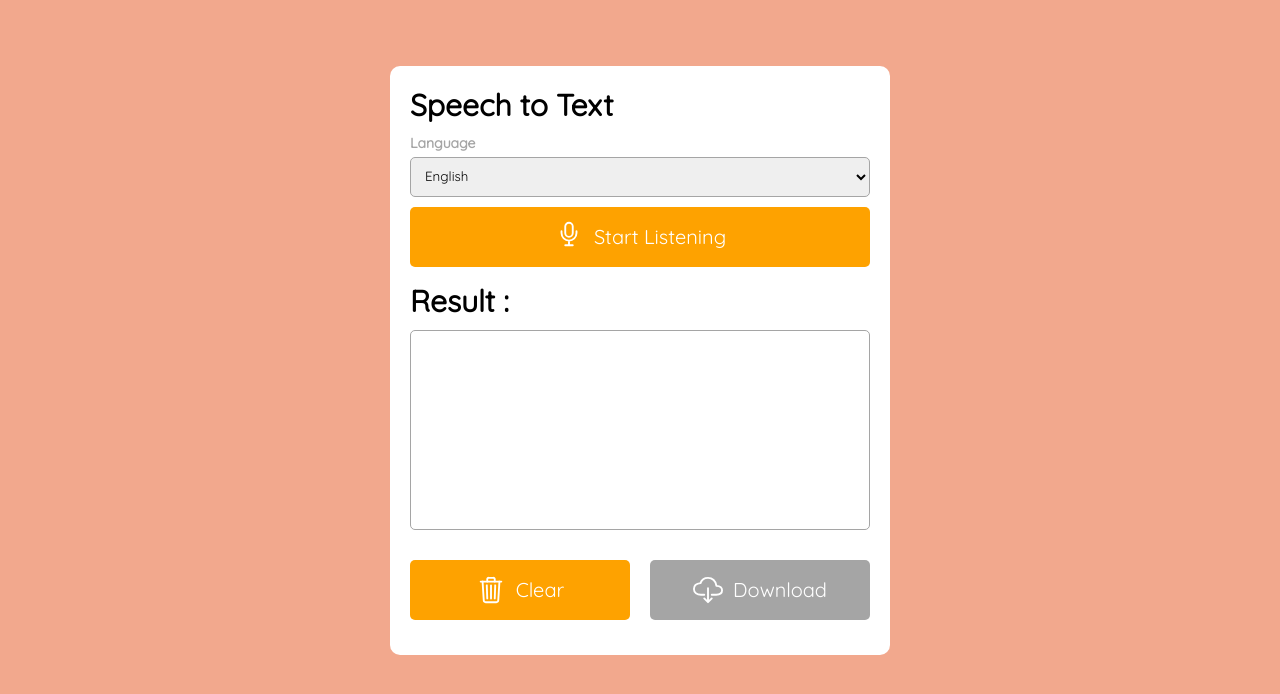
Repository: tsthuy/SpeechToText
Page: index.html
These files come from the project's save history. The page is drawn as it stood at one moment and after the next save; the edit follows.
The browser window is 1280 px wide. The pictures show the whole page.

Above is the page before, as saved 2023-08-28 03:39:56.

### index.html
<!DOCTYPE html>
<html lang="en">
  <head>
    <meta charset="UTF-8" />
    <meta http-equiv="X-UA-Compatible" content="IE=edge" />
    <meta name="viewport" content="width=device-width, initial-scale=1.0" />
    <link href="./images/icon.png" rel="shortcut icon" type="image/vnd.microsoft.icon" />
    <link rel="stylesheet" href="style.css" />
    <link href='https://fonts.googleapis.com/css?family=Quicksand' rel='stylesheet'>
    <title>Speech to Text</title>
  </head>
  <body>
    <div class="container">
      <p class="heading">Speech to Text</p>
      <div class="options">
        <div class="anguage">
          <p>Language</p>
          <select name="input-language" id="language"></select>
        </div>
      </div>
      <button class="btn record">
        <div class="icon">
          <ion-icon name="mic-outline"></ion-icon>
          <img src="record.svg" alt="" />
        </div>
        <p>Start Listening</p>
      </button>
      <p class="heading receive">Result :</p>
      <div
        class="result"
        spellcheck="false"
        placeholder="Text will be shown here"
      >
        <p class="interim"></p>
      </div>
      <div class="buttons">
        <button class="btn clear">
          <ion-icon name="trash-outline"></ion-icon>
          <p>Clear</p>
        </button>
        <button class="btn download" disabled>
          <ion-icon name="cloud-download-outline"></ion-icon>
          <p>Download</p>
        </button>
      </div>
    </div>

    <!-- IONICONS -->
    <script
      type="module"
      src="https://unpkg.com/ionicons@5.5.2/dist/ionicons/ionicons.esm.js"
    ></script>
    <script
      nomodule
      src="https://unpkg.com/ionicons@5.5.2/dist/ionicons/ionicons.js"
    ></script>

    <!-- LANGUAGES -->
    <script src="languages.js"></script>

    <!-- SCRIPT -->
    <script src="script.js"></script>
  </body>
</html>

### style.css

:root {
  --primary-color: #FEA200;
  --bg-color: #fff;
  --text-color: #000;
  --light-text-color: #a5a5a5;
  --body-bg-color: #F2A88D;
}
* {
  margin: 0;
  padding: 0;
  box-sizing: border-box;
  font-family: "Quicksand", sans-serif;
}
body {
  min-height: 100vh;
  display: flex;
  align-items: center;
  justify-content: center;
  background-color: var(--body-bg-color);
  color: var(--text-color);
}
.container {
  width: 500px;
  padding: 20px;
  border-radius: 10px;
  background-color: var(--bg-color);
}
.container .heading {
  font-size: 30px;
  font-weight: 800;
  margin-bottom: 10px;
}
.receive
{
  font-size: 20px;
}
.container .options select {
  width: 100%;
  padding: 10px;
  border: 1px solid var(--light-text-color);
  border-radius: 5px;
  outline: none;
}
.container .options div:not(:last-child) select {
  margin-bottom: 20px;
}

.container .options p {
  font-size: 14px;
  font-weight: 600;
  margin-bottom: 5px;
  color: var(--light-text-color);
}
.container .line {
  position: relative;
  width: 100%;
  height: 1px;
  background-color: var(--light-text-color);
  opacity: 0.5;
  margin: 30px 0;
}
.btn {
  display: flex;
  align-items: center;
  justify-content: center;
  gap: 10px;
  margin-top: 10px;
  margin-bottom: 15px;
  height: 60px;
  padding: 20px;
  width: 100%;
  outline: none;
  border: none;
  border-radius: 5px;
  font-size: 20px;
  font-weight: 500;
  cursor: pointer;
  color: #fff;
  background-color: var(--primary-color);
}
.btn ion-icon {
  font-size: 30px;
}
.btn:disabled {
  background-color: var(--light-text-color);
  cursor: not-allowed;
}

.container .record img {
  width: 30px;
  height: 30px;
  display: none;
}
.container .record.recording img {
  display: block;
}
.container .record.recording ion-icon {
  display: none;
}
.container .result {
  width: 100%;
  min-height: 200px;
  padding: 10px;
  border: 1px solid var(--light-text-color);
  border-radius: 5px;
  font-size: 18px;
  font-weight: 500;
  margin-bottom: 20px;
  color: var(--text-color);
}
.container .result p {
  display: inline;
  margin-left: 3px;
  color: var(--light-text-color);
}
.buttons {
  display: flex;
  gap: 20px;
}

### languages.js
const languages = [
  {
    no: "16",
    name: "English",
    native: "English",
    code: "en",
  },
  {
    no: "1",
    name: "Afrikaans",
    native: "Afrikaans",
    code: "af",
  },
  {
    no: "2",
    name: "Albanian",
    native: "Shqip",
    code: "sq",
  },
  {
    no: "3",
    name: "Arabic",
    native: "عربي",
    code: "ar",
  },
  {
    no: "4",
    name: "Armenian",
    native: "Հայերէն",
    code: "hy",
  },
  {
    no: "5",
    name: "Azerbaijani",
    native: "آذربایجان دیلی",
    code: "az",
  },
  {
    no: "6",
    name: "Basque",
    native: "Euskara",
    code: "eu",
  },
  {
    no: "7",
    name: "Belarusian",
    native: "Беларуская",
    code: "be",
  },
  {
    no: "8",
    name: "Bulgarian",
    native: "Български",
    code: "bg",
  },
  {
    no: "9",
    name: "Catalan",
    native: "Català",
    code: "ca",
  },
  {
    no: "10",
    name: "Chinese (Simplified)",
    native: "中文简体",
    code: "zh-CN",
  },
  {
    no: "11",
    name: "Chinese (Traditional)",
    native: "中文繁體",
    code: "zh-TW",
  },
  {
    no: "12",
    name: "Croatian",
    native: "Hrvatski",
    code: "hr",
  },
  {
    no: "13",
    name: "Czech",
    native: "Čeština",
    code: "cs",
  },
  {
    no: "14",
    name: "Danish",
    native: "Dansk",
    code: "da",
  },
  {
    no: "15",
    name: "Dutch",
    native: "Nederlands",
    code: "nl",
  },
  {
    no: "17",
    name: "Estonian",
    native: "Eesti keel",
    code: "et",
  },
  {
    no: "18",
    name: "Filipino",
    native: "Filipino",
    code: "tl",
  },
  {
    no: "19",
    name: "Finnish",
    native: "Suomi",
    code: "fi",
  },
  {
    no: "20",
    name: "French",
    native: "Français",
    code: "fr",
  },
  {
    no: "21",
    name: "Galician",
    native: "Galego",
    code: "gl",
  },
  {
    no: "22",
    name: "Georgian",
    native: "ქართული",
    code: "ka",
  },
  {
    no: "23",
    name: "German",
    native: "Deutsch",
    code: "de",
  },
  {
    no: "24",
    name: "Greek",
    native: "Ελληνικά",
    code: "el",
  },
  {
    no: "25",
    name: "Haitian Creole",
    native: "Kreyòl ayisyen",
    code: "ht",
  },
  {
    no: "26",
    name: "Hebrew",
    native: "עברית",
    code: "iw",
  },
  {
    no: "27",
    name: "Hindi",
    native: "हिन्दी",
    code: "hi",
  },
  {
    no: "28",
    name: "Hungarian",
    native: "Magyar",
    code: "hu",
  },
  {
    no: "29",
    name: "Icelandic",
    native: "Íslenska",
    code: "is",
  },
  {
    no: "30",
    name: "Indonesian",
    native: "Bahasa Indonesia",
    code: "id",
  },
  {
    no: "31",
    name: "Irish",
    native: "Gaeilge",
    code: "ga",
  },
  {
    no: "32",
    name: "Italian",
    native: "Italiano",
    code: "it",
  },
  {
    no: "33",
    name: "Japanese",
    native: "日本語",
    code: "ja",
  },
  {
    no: "34",
    name: "Korean",
    native: "한국어",
    code: "ko",
  },
  {
    no: "35",
    name: "Latvian",
    native: "Latviešu",
    code: "lv",
  },
  {
    no: "36",
    name: "Lithuanian",
    native: "Lietuvių kalba",
    code: "lt",
  },
  {
    no: "37",
    name: "Macedonian",
    native: "Македонски",
    code: "mk",
  },
  {
    no: "38",
    name: "Malay",
    native: "Malay",
    code: "ms",
  },
  {
    no: "39",
    name: "Maltese",
    native: "Malti",
    code: "mt",
  },
  {
    no: "40",
    name: "Norwegian",
    native: "Norsk",
    code: "no",
  },
  {
    no: "41",
    name: "Persian",
    native: "فارسی",
    code: "fa",
  },
  {
    no: "42",
    name: "Polish",
    native: "Polski",
    code: "pl",
  },
  {
    no: "43",
    name: "Portuguese",
    native: "Português",
    code: "pt",
  },
  {
    no: "44",
    name: "Romanian",
    native: "Română",
    code: "ro",
  },
  {
    no: "45",
    name: "Russian",
    native: "Русский",
    code: "ru",
  },
  {
    no: "46",
    name: "Serbian",
    native: "Српски",
    code: "sr",
  },
  {
    no: "47",
    name: "Slovak",
    native: "Slovenčina",
    code: "sk",
  },
  {
    no: "48",
    name: "Slovenian",
    native: "Slovensko",
    code: "sl",
  },
  {
    no: "49",
    name: "Spanish",
    native: "Español",
    code: "es",
  },
  {
    no: "50",
    name: "Swahili",
    native: "Kiswahili",
    code: "sw",
  },
  {
    no: "51",
    name: "Swedish",
    native: "Svenska",
    code: "sv",
  },
  {
    no: "52",
    name: "Thai",
    native: "ไทย",
    code: "th",
  },
  {
    no: "53",
    name: "Turkish",
    native: "Türkçe",
    code: "tr",
  },
  {
    no: "54",
    name: "Ukrainian",
    native: "Українська",
    code: "uk",
  },
  {
    no: "55",
    name: "Urdu",
    native: "اردو",
    code: "ur",
  },
  {
    no: "56",
    name: "Vietnamese",
    native: "Tiếng Việt",
    code: "vi",
  },
  {
    no: "57",
    name: "Welsh",
    native: "Cymraeg",
    code: "cy",
  },
  {
    no: "58",
    name: "Yiddish",
    native: "ייִדיש",
    code: "yi",
  },
];

### script.js
const recordBtn = document.querySelector(".record"),
  result = document.querySelector(".result"),
  downloadBtn = document.querySelector(".download"),
  inputLanguage = document.querySelector("#language"),
  clearBtn = document.querySelector(".clear");

let SpeechRecognition =
    window.SpeechRecognition || window.webkitSpeechRecognition,
  recognition,
  recording = false;

function populateLanguages() {
  languages.forEach((lang) => {
    const option = document.createElement("option");
    option.value = lang.code;
    option.innerHTML = lang.name;
    inputLanguage.appendChild(option);
  });
}

populateLanguages();

function speechToText() {
  try {
    recognition = new SpeechRecognition();
    recognition.lang = inputLanguage.value;
    recognition.interimResults = true;
    recordBtn.classList.add("recording");
    recordBtn.querySelector("p").innerHTML = "Listening...";
    recognition.start();
    recognition.onresult = (event) => {
      const speechResult = event.results[0][0].transcript;
      //detect when intrim results
      if (event.results[0].isFinal) {
        result.innerHTML += " " + speechResult;
        result.querySelector("p").remove();
      } else {
        //creative p with class interim if not already there
        if (!document.querySelector(".interim")) {
          const interim = document.createElement("p");
          interim.classList.add("interim");
          result.appendChild(interim);
        }
        //update the interim p with the speech result
        document.querySelector(".interim").innerHTML = " " + speechResult;
      }
      downloadBtn.disabled = false;
    };
    recognition.onspeechend = () => {
      speechToText();
    };
    recognition.onerror = (event) => {
      stopRecording();
      if (event.error === "no-speech") {
        alert("No speech was detected. Stopping...");
      } else if (event.error === "audio-capture") {
        alert(
          "No microphone was found. Ensure that a microphone is installed."
        );
      } else if (event.error === "not-allowed") {
        alert("Permission to use microphone is blocked.");
      } else if (event.error === "aborted") {
        alert("Listening Stopped.");
      } else {
        alert("Error occurred in recognition: " + event.error);
      }
    };
  } catch (error) {
    recording = false;

    console.log(error);
  }
}

recordBtn.addEventListener("click", () => {
  if (!recording) {
    speechToText();
    recording = true;
  } else {
    stopRecording();
  }
});

function stopRecording() {
  recognition.stop();
  recordBtn.querySelector("p").innerHTML = "Start Listening";
  recordBtn.classList.remove("recording");
  recording = false;
}

function download() {
  const text = result.innerText;
  const filename = "speech.txt";

  const element = document.createElement("a");
  element.setAttribute(
    "href",
    "data:text/plain;charset=utf-8," + encodeURIComponent(text)
  );
  element.setAttribute("download", filename);
  element.style.display = "none";
  document.body.appendChild(element);
  element.click();
  document.body.removeChild(element);
}

downloadBtn.addEventListener("click", download);

clearBtn.addEventListener("click", () => {
  result.innerHTML = "";
  downloadBtn.disabled = true;
});

After the next save:
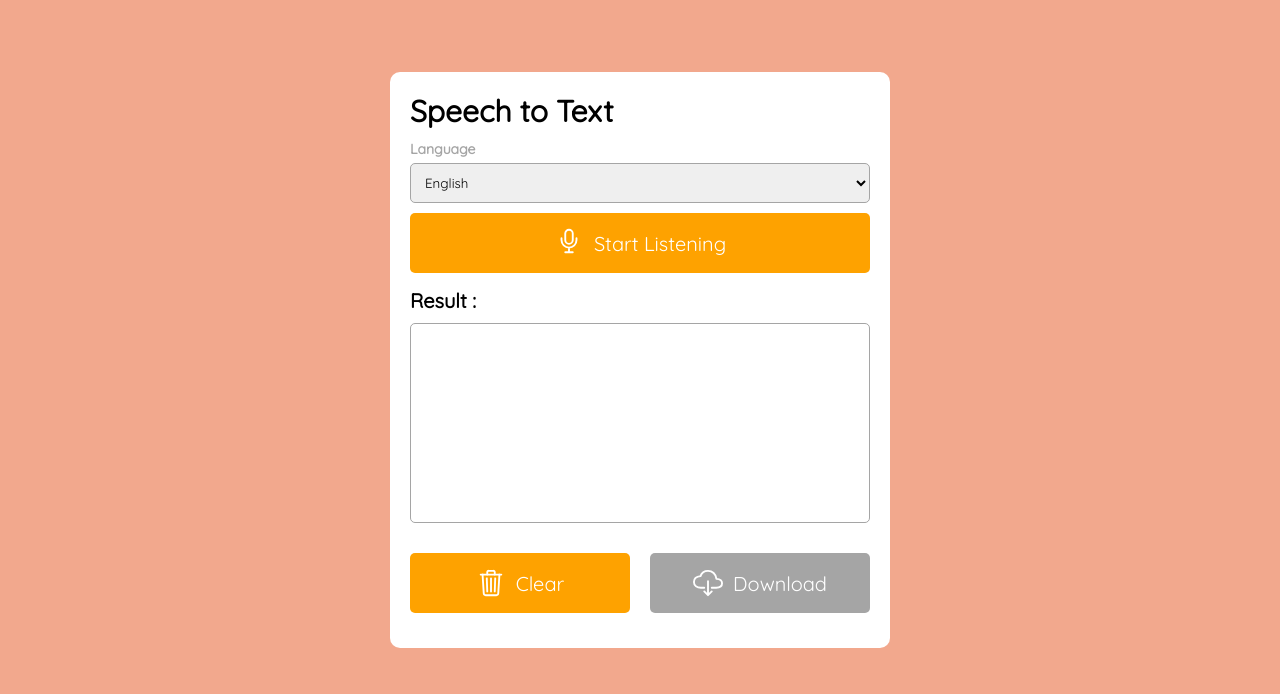
Saved 24 s later.
--- a/style.css
+++ b/style.css
@@ -31,7 +31,7 @@ body {
   font-weight: 800;
   margin-bottom: 10px;
 }
-.receive
+.container .receive
 {
   font-size: 20px;
 }
